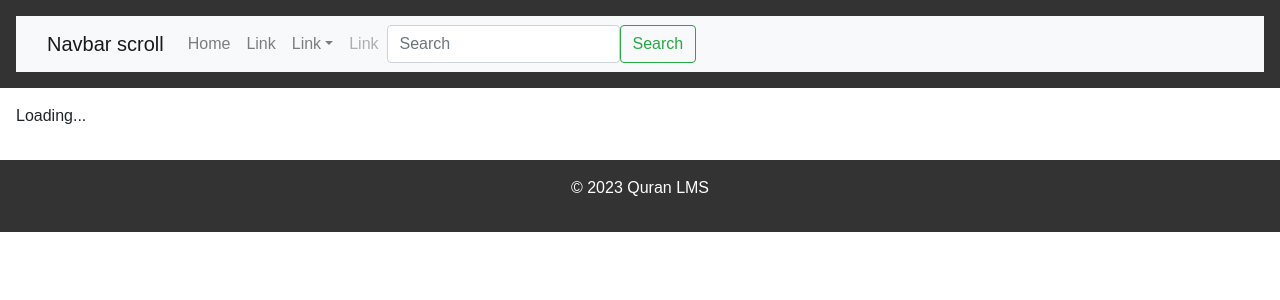
Repository: talha-mahmood/Quran-Lms-react
Page: /
An editor plug-in stored every save of this project. The page is shown before and after the next save, followed by the edit.
The browser window is 1280 px wide. The pictures show the whole page.
The page's requests for data from a server got no answer. The project was rebuilt for these pictures with package versions that can differ from the ones it lists, and the page was loaded fresh each time. No one was signed in, and anything a server would have sent is missing.

Above is the page before, as saved 2023-03-08 01:11:20.

After the next save:
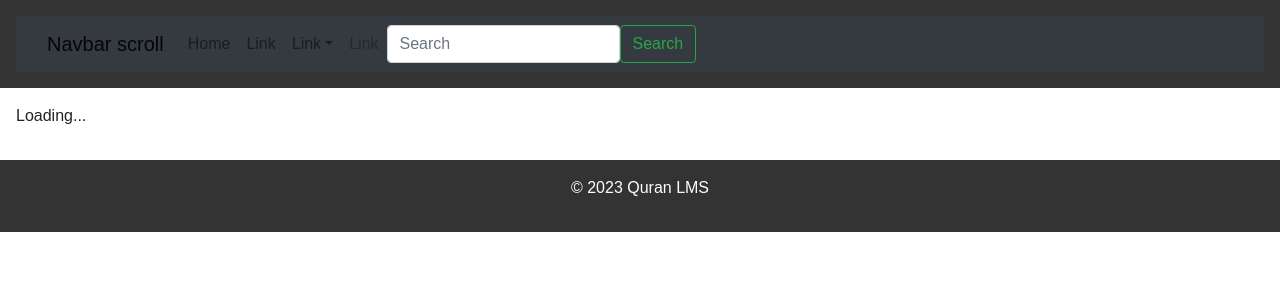
Saved 12 s later.
--- a/src/App.js
+++ b/src/App.js
@@ -29,7 +29,7 @@ class QuranLMS extends Component {
 
           <div>
           <header>
-          <Navbar bg="light" expand="lg">
+          <Navbar bg="dark" expand="lg">
       <Container fluid>
         <Navbar.Brand href="#">Navbar scroll</Navbar.Brand>
         <Navbar.Toggle aria-controls="navbarScroll" />
